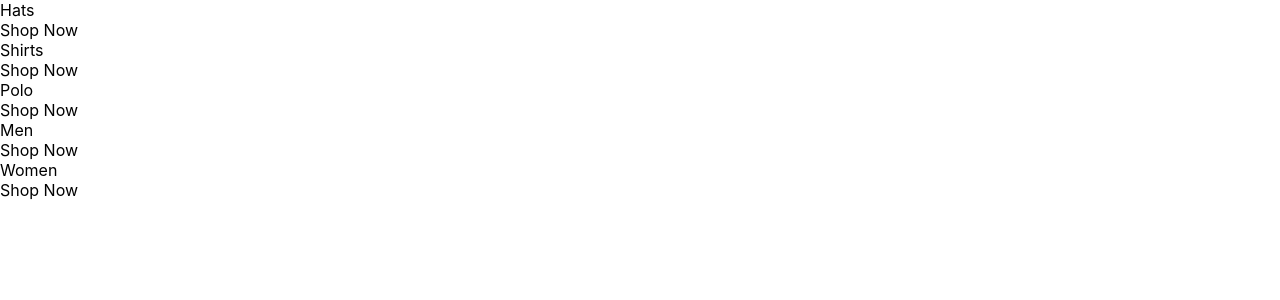
Repository: Syfon01/onestop
Page: /
The author's editor kept a copy of each file at every save. The page is drawn from the files as they stood at one save, then again after a run of saves.
The browser window is 1280 px wide. The pictures show the whole page.
The project was rebuilt for these pictures with package versions that can differ from the ones it lists, and the page was loaded fresh each time. Also part of the build but not shown: src/App.css.

Above is the page before, as saved 2020-07-24 16:05:07.

### src/App.js
import React from 'react';
import './App.css';
import HomePage from './Homepage'

function App() {
  return (
    <HomePage/>
  );
}

export default App;

### src/Homepage.js
import React from 'react'

const HomePage = () => {
  return (
  <div className="homepage">
    <div className="menu-item">
      <div className="content">
        <div className="title">Hats</div>
        <div className="subtitle">Shop Now</div>
      </div>
    </div>
    <div className="menu-item">
      <div className="content">
        <div className="title">Shirts</div>
        <div className="subtitle">Shop Now</div>
      </div>
    </div>
    <div className="menu-item">
      <div className="content">
        <div className="title">Polo</div>
        <div className="subtitle">Shop Now</div>
      </div>
    </div>
    <div className="menu-item">
      <div className="content">
        <div className="title">Men</div>
        <div className="subtitle">Shop Now</div>
      </div>
    </div>
    <div className="menu-item">
      <div className="content">
        <div className="title">Women</div>
        <div className="subtitle">Shop Now</div>
      </div>
    </div>
    </div>
  )
}

export default HomePage

Loaded but not shown: public/index.html (common file); src/index.js (common file); src/index.css (common file)

After the next 2 saves:
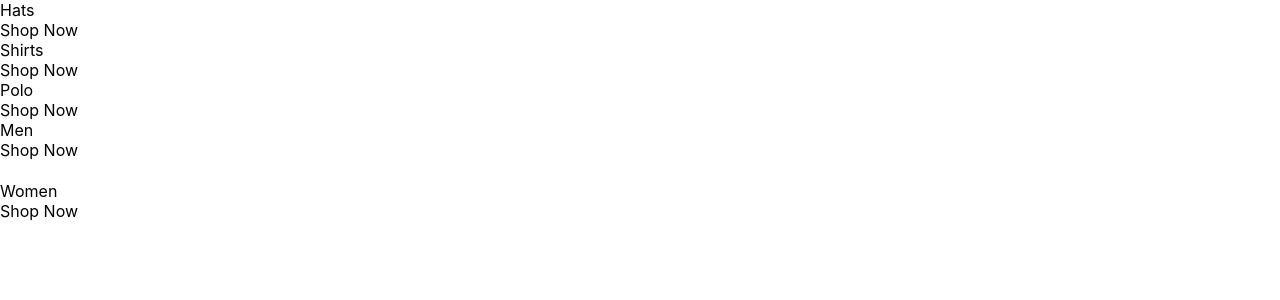
The 2 saves are shown as one change because they came seconds apart.
The last was saved 27 s later.
--- a/src/Homepage.js
+++ b/src/Homepage.js
@@ -29,7 +29,7 @@ const HomePage = () => {
     </div>
     <div className="menu-item">
       <div className="content">
-        <div className="title">Women</div>
+        <div className="title"><h1></h1>Women</div>
         <div className="subtitle">Shop Now</div>
       </div>
     </div>
